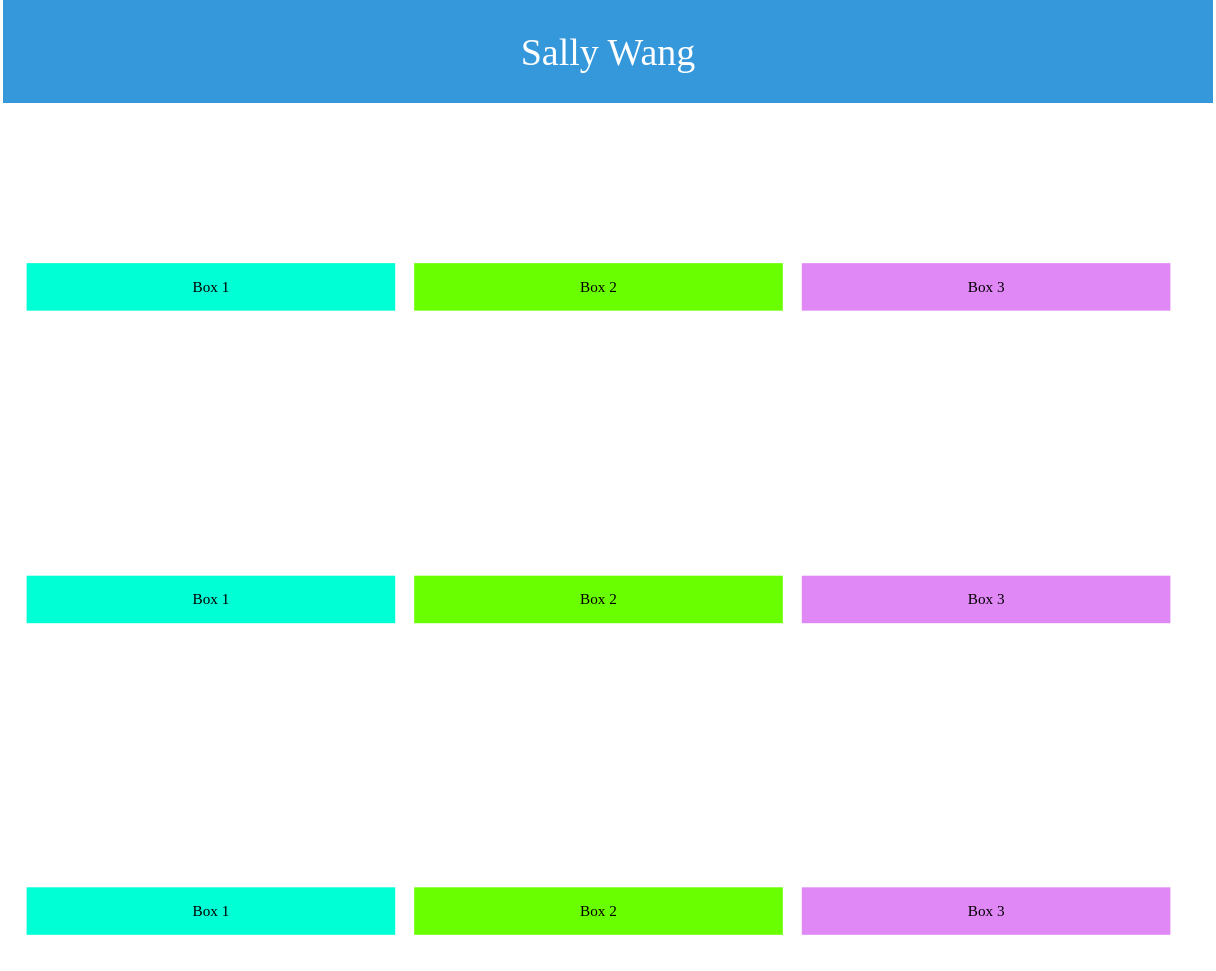
Repository: tianjiewang2022/tianjiewang2022.github.io
Page: index.html
The author's editor kept a copy of each file at every save. The page is drawn from the files as they stood at one save, then again after the next save.
The browser window is 1280 px wide. The pictures show the whole page, at 95% of full size.

Above is the page before, as saved 2023-10-01 22:56:48.

After the next save:
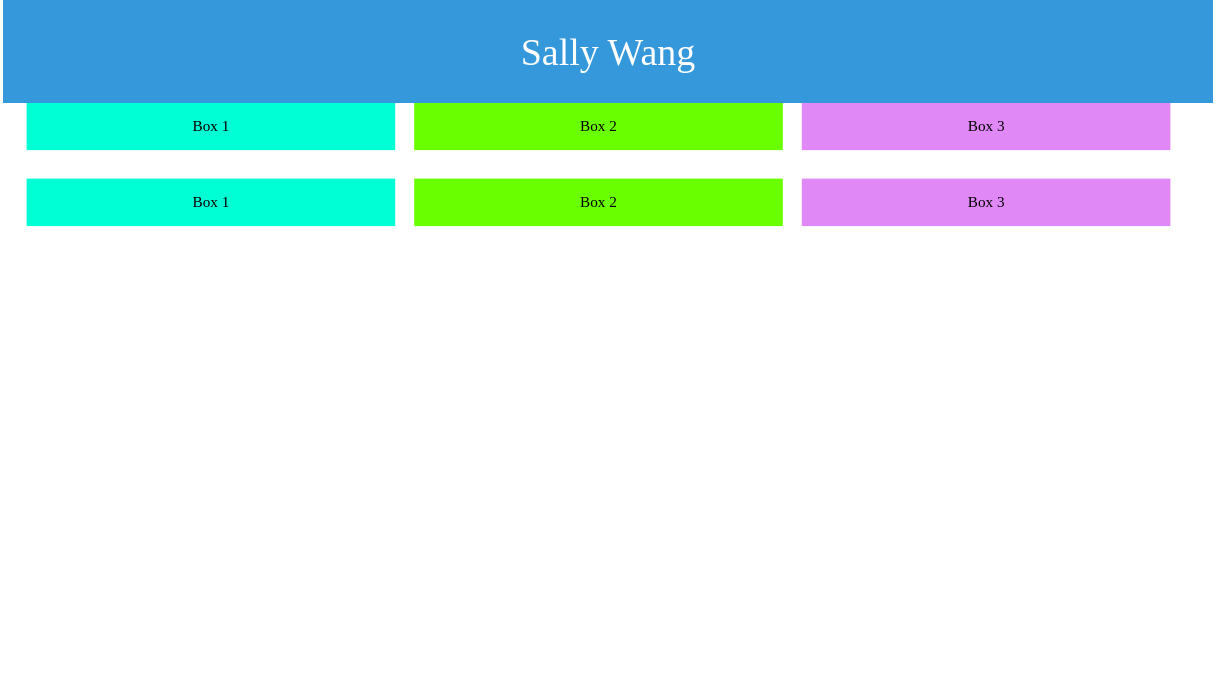
Saved 70 s later.
--- a/index.html
+++ b/index.html
@@ -29,7 +29,6 @@
             }
 
             .container {
-                margin-top: 20%;
                 padding: 10px;
                 display: flex;
                 flex-wrap: wrap;
